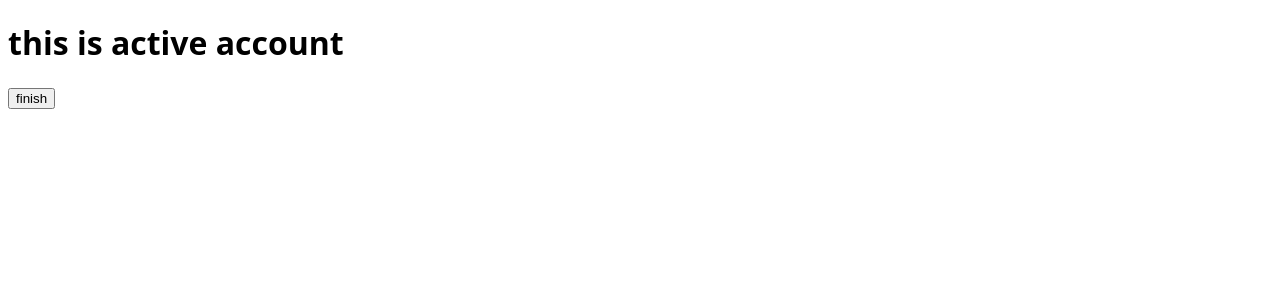
Repository: HarveyNgo/link-host-android-ios
Page: /active-account-test
The author's editor kept a copy of each file at every save. The page is drawn from the files as they stood at one save, then again after a run of saves.
The browser window is 1280 px wide. The pictures show the whole page.
The project was rebuilt for these pictures with package versions that can differ from the ones it lists, and the page was loaded fresh each time. The framework's server and built-in components were replaced by stand-ins that run in the browser. Also part of the build but not shown: next.config.ts.

Above is the page before, as saved 2025-08-22 16:26:12.

### app/active-account-test/page.tsx
"use client";
import { JSX } from "react";

export default async function ActiveAccountPage({
  params,
}: {
  params: Promise<{ key: string }>;
}): Promise<JSX.Element> {
  const { key } = await params;
  console.log("hung key:", key);

  function onClick() {
    // window.location.href = `patientportal-keycloak://callback`;
    window.location.href = "b3well-patient-development://login?status=done";
  }
  return (
    <>
      <h1>this is active account</h1>
      <button onClick={onClick}>finish</button>
    </>
  );
  //   return null;
  //callback: patientportal-keycloak://callback
}

Loaded but not shown: app/layout.tsx (common file)

After the next 2 saves:
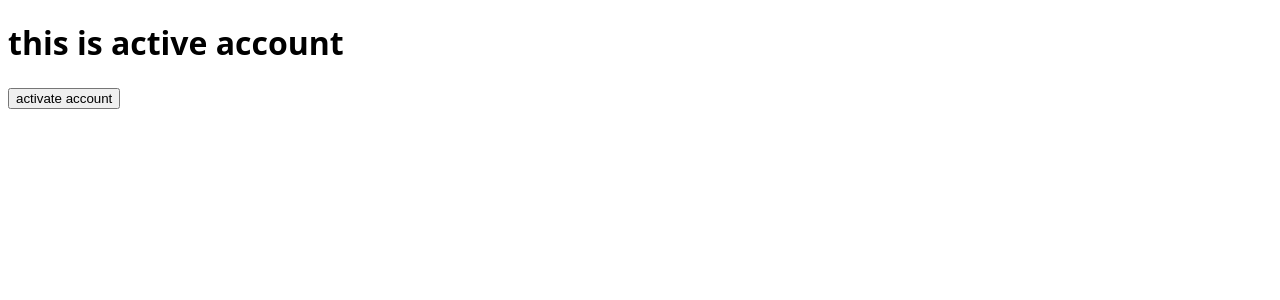
The 2 saves are shown as one change because they came seconds apart.
The last was saved 2 days later.
--- a/app/active-account-test/page.tsx
+++ b/app/active-account-test/page.tsx
@@ -11,12 +11,13 @@
 
   function onClick() {
     // window.location.href = `patientportal-keycloak://callback`;
+    //
     window.location.href = "b3well-patient-development://login?status=done";
   }
   return (
     <>
       <h1>this is active account</h1>
-      <button onClick={onClick}>finish</button>
+      <button onClick={onClick}>activate account</button>
     </>
   );
   //   return null;
